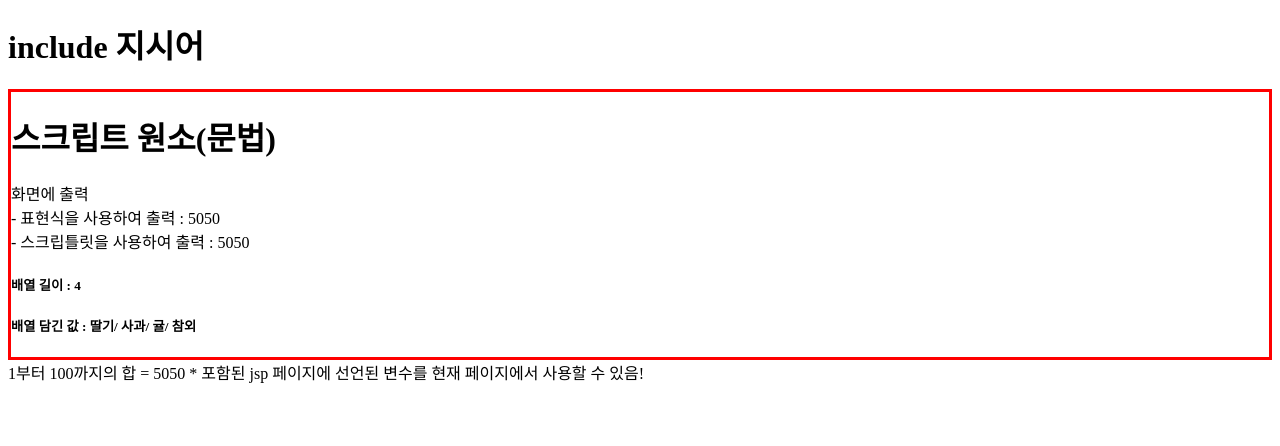
Repository: kkh1396/kh_front
Page: http://localhost/2_jsp/views/1_Basic/4_directiveInclude.jsp
These files come from the project's save history. The page is drawn as it stood at one moment and after the next save; the edit follows.
The browser window is 1280 px wide. The pictures show the whole page.
The page is served by Tomcat 9. Other server files are loaded and not shown.

Above is the page before, as saved 2025-03-20 02:33:09.

### 05_server/2_jsp/src/main/webapp/views/1_Basic/4_directiveInclude.jsp
<%@ page language="java" contentType="text/html; charset=UTF-8"
    pageEncoding="UTF-8"%>
<!DOCTYPE html>
<html>
<head>
<meta charset="UTF-8">
<title>JSP - include</title>
</head>
<body>

    <h1>include 지시어</h1>

    <div style= "border : 3px solid red;">
    		<%@ include file="2_scriptElement.jsp" %>


    </div>

	1부터 100까지의 합 = <%= sum %>
	* 포함된 jsp 페이지에 선언된 변수를 현재 페이지에서 사용할 수 있음!


</body>
</html>

### 05_server/2_jsp/src/main/webapp/views/1_Basic/2_scriptElement.jsp
<%@ page language="java" contentType="text/html; charset=UTF-8"
    pageEncoding="UTF-8"%>
<!DOCTYPE html>
<html>
<head>
<meta charset="UTF-8">
<title>JSP 스크립트 원소</title>
</head>
<body>
     <h1>스크립트 원소(문법)</h1>

     <%
        /*
          스크립틀릿 : 해당 영역 내에서는 자바 코드 작성 가능
        */

        int sum = 0; // 변수 선언

        // 제어문 사용
        for(int i=1 ; i<=100; i++ ){
            sum += i;
        }
     %>

     <p>
         화면에 출력 <br>
          - 표현식을 사용하여 출력 : <%= sum %> <br>
          - 스크립틀릿을 사용하여 출력 : <% out.println(sum); %>
          <%-- out : jsp 내장 객체 (PrintWriter 타입) --%>
     </p>


	 <%
	  	 String[] sArr = {"딸기","사과","귤","참외"};

	 %>

	<h5>배열 길이 :
	     <%= sArr.length %>
	 </h5>
	<h5>배열 담긴 값 :
	     <%= String.join("/ ", sArr) %>
	</h5>


</body>
</html>

After the next save:
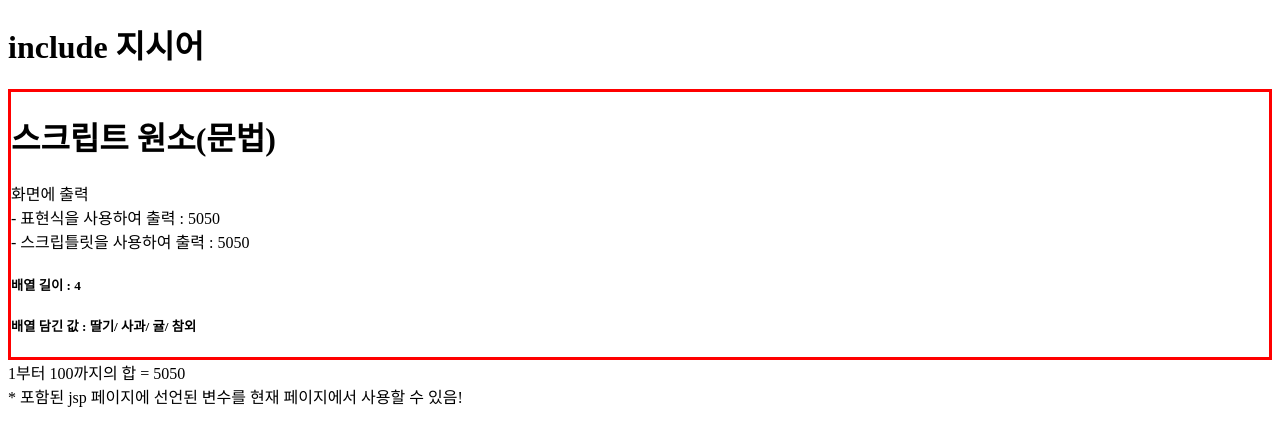
Saved 6 s later.
--- a/05_server/2_jsp/src/main/webapp/views/1_Basic/4_directiveInclude.jsp
+++ b/05_server/2_jsp/src/main/webapp/views/1_Basic/4_directiveInclude.jsp
@@ -16,7 +16,7 @@
 
     </div>
 
-	1부터 100까지의 합 = <%= sum %>
+	1부터 100까지의 합 = <%= sum %> <br>
 	* 포함된 jsp 페이지에 선언된 변수를 현재 페이지에서 사용할 수 있음!
 
 
